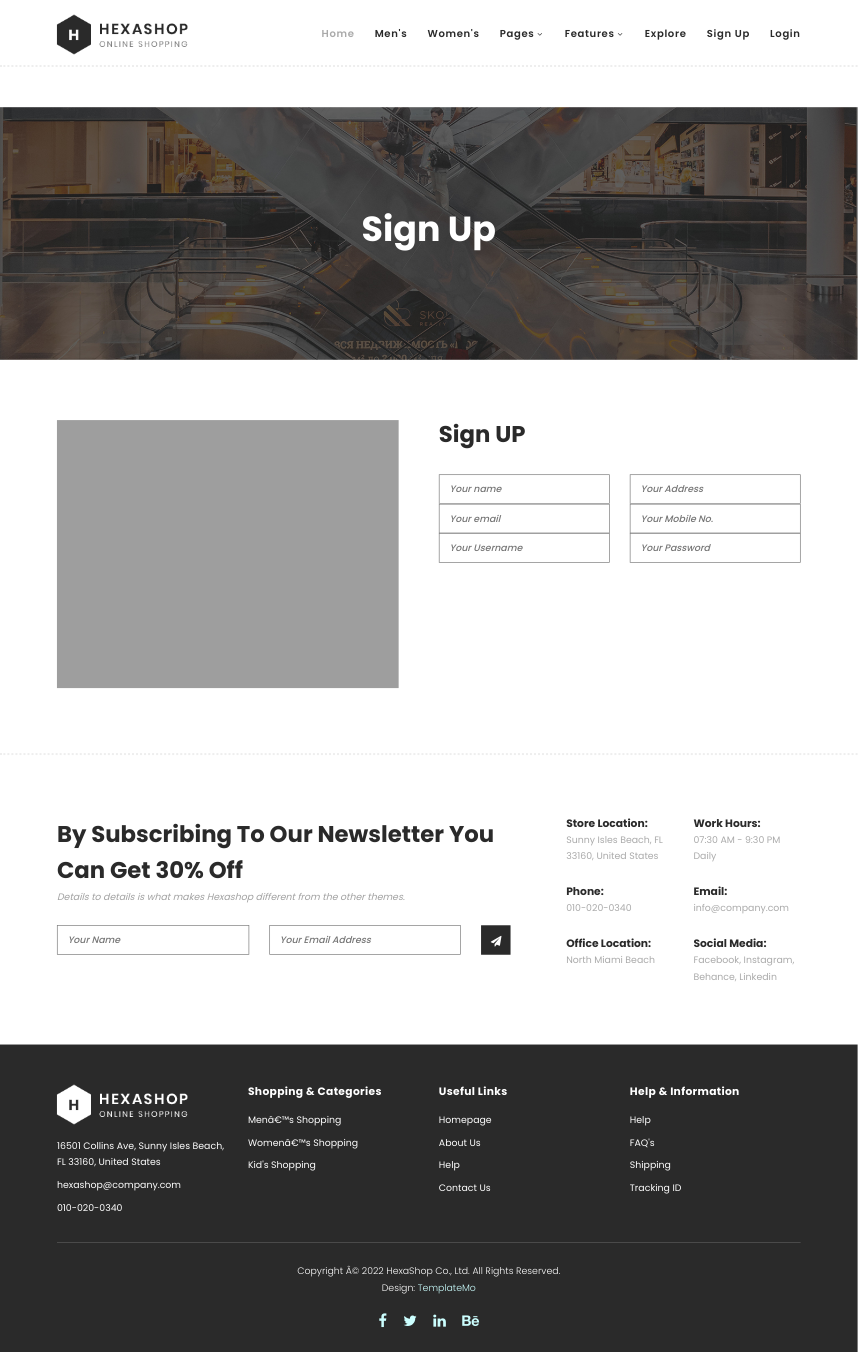
Repository: anmoltrivedi2111/JAVA
Page: http://localhost/HexaShop/login.jsp
The author's editor kept a copy of each file at every save. The page is drawn from the files as they stood at one save, then again after the next save.
The browser window is 1280 px wide. The pictures show the whole page, at 67% of full size.
Pictures or frames that could not be fetched are drawn as grey boxes. The page is served by Tomcat 9.

Above is the page before, as saved 2025-05-21 05:36:24.
Console error: TypeError: Cannot read properties of undefined (reading 'top')

After the next save:
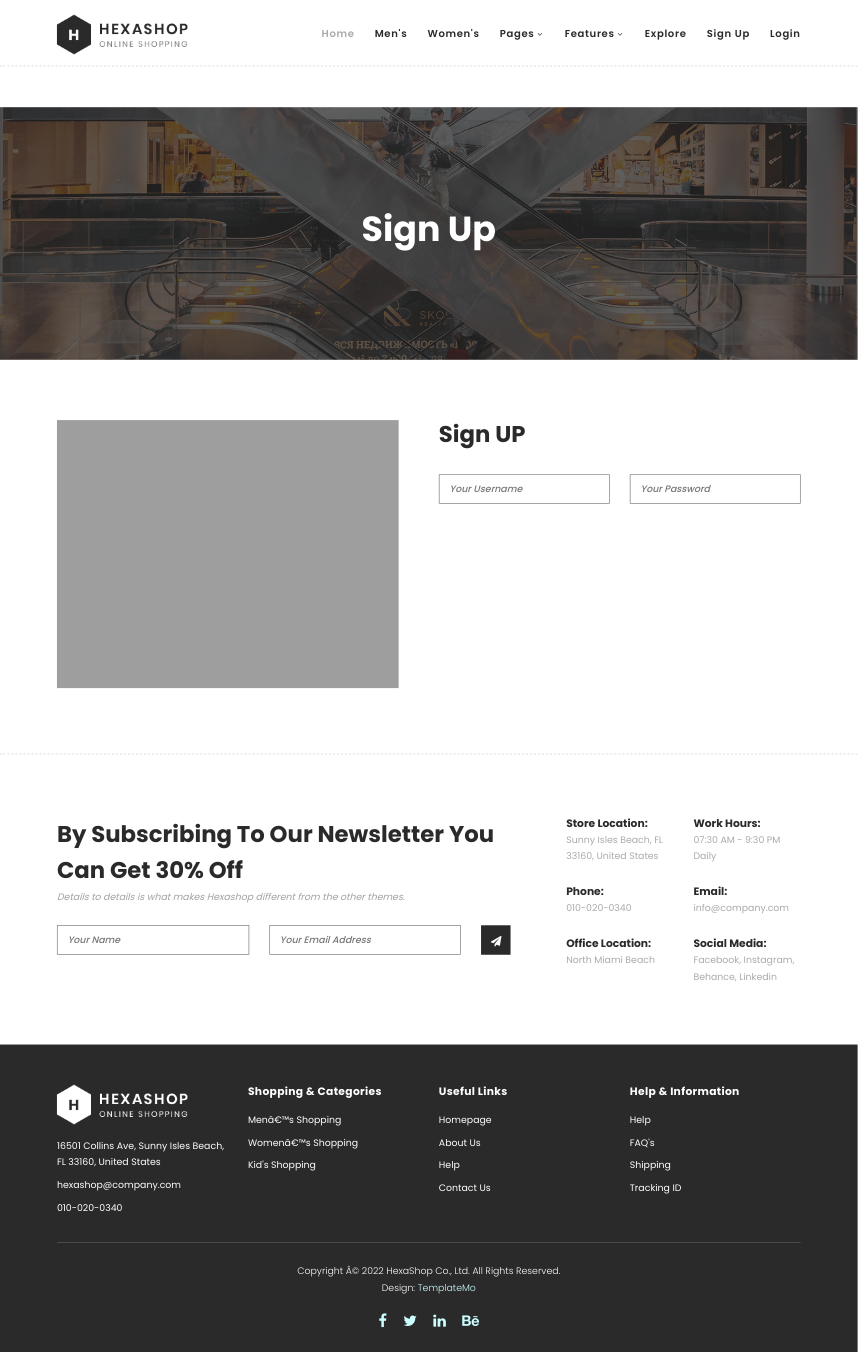
Saved 49 s later.
--- a/eclipse-workspace/HexaShop/src/main/webapp/login.jsp
+++ b/eclipse-workspace/HexaShop/src/main/webapp/login.jsp
@@ -36,26 +36,7 @@
                     </div>
                     <form id="contact" action="" method="post">
                         <div class="row">
-                          <div class="col-lg-6">
-                            <fieldset>
-                              <input name="cname" type="text" id="name" placeholder="Your name" required="">
-                            </fieldset>
-                          </div>
-                          <div class="col-lg-6">
-                            <fieldset>
-                              <input name="cadd" type="text" id="name" placeholder="Your Address" required="">
-                            </fieldset>
-                            </div>
-                             <div class="col-lg-6">
-                            <fieldset>
-                              <input name="email" type="text" id="email" placeholder="Your email" required="">
-                            </fieldset>
-                            </div>
-                         	 <div class="col-lg-6">
-                            <fieldset>
-                              <input name="mob" type="text" id="email" placeholder="Your Mobile No." required="">
-                            </fieldset>
-                            </div>
+
                              <div class="col-lg-6">
                             <fieldset>
                               <input name="unm" type="text" id="email" placeholder="Your Username" required="">
